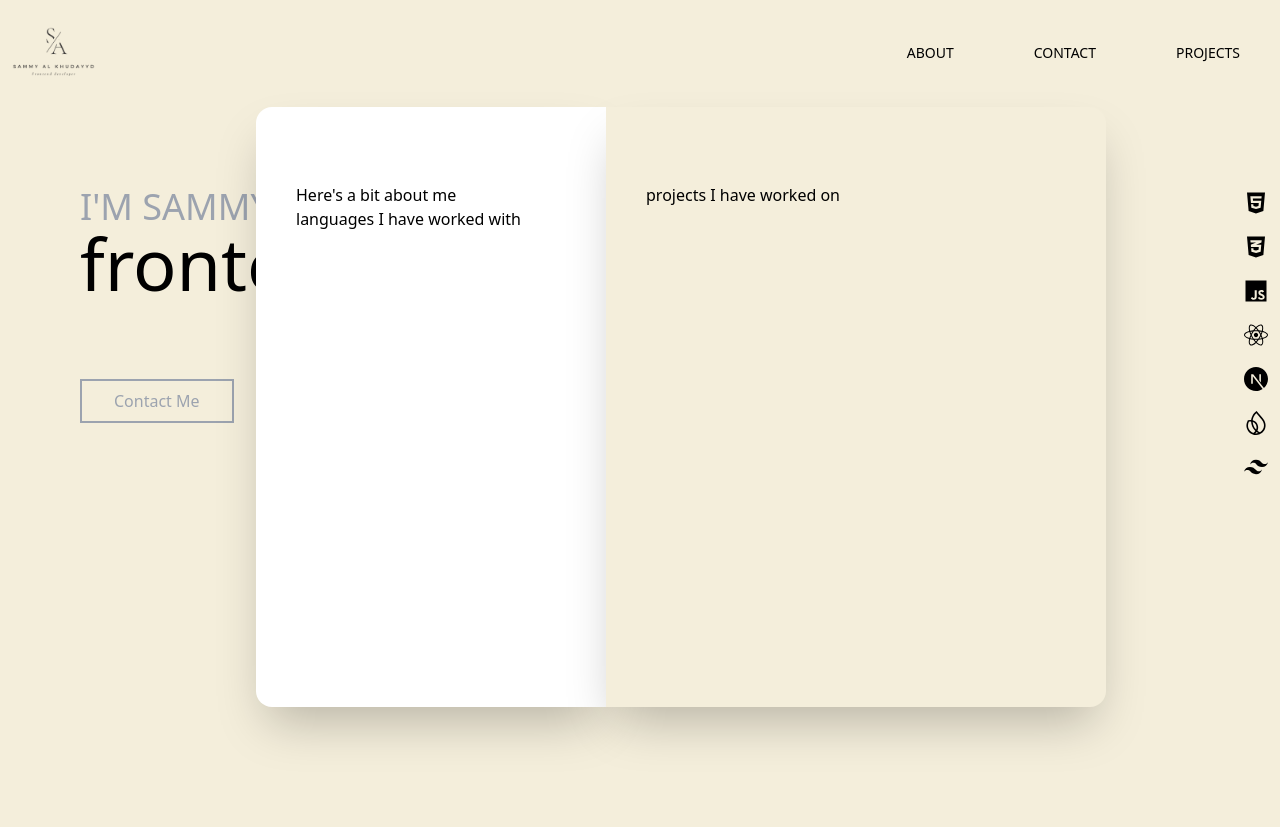
Repository: Al123Kudayyd/myportfolio
Page: /
These files come from the project's save history. The page is drawn as it stood at one moment and after the next save; the edit follows.
The browser window is 1280 px wide. The pictures show the whole page.
The project was rebuilt for these pictures with package versions that can differ from the ones it lists, and the page was loaded fresh each time. Also part of the build but not shown: src/components/model.js.

Above is the page before, as saved 2024-02-21 13:54:32.

After the next save:
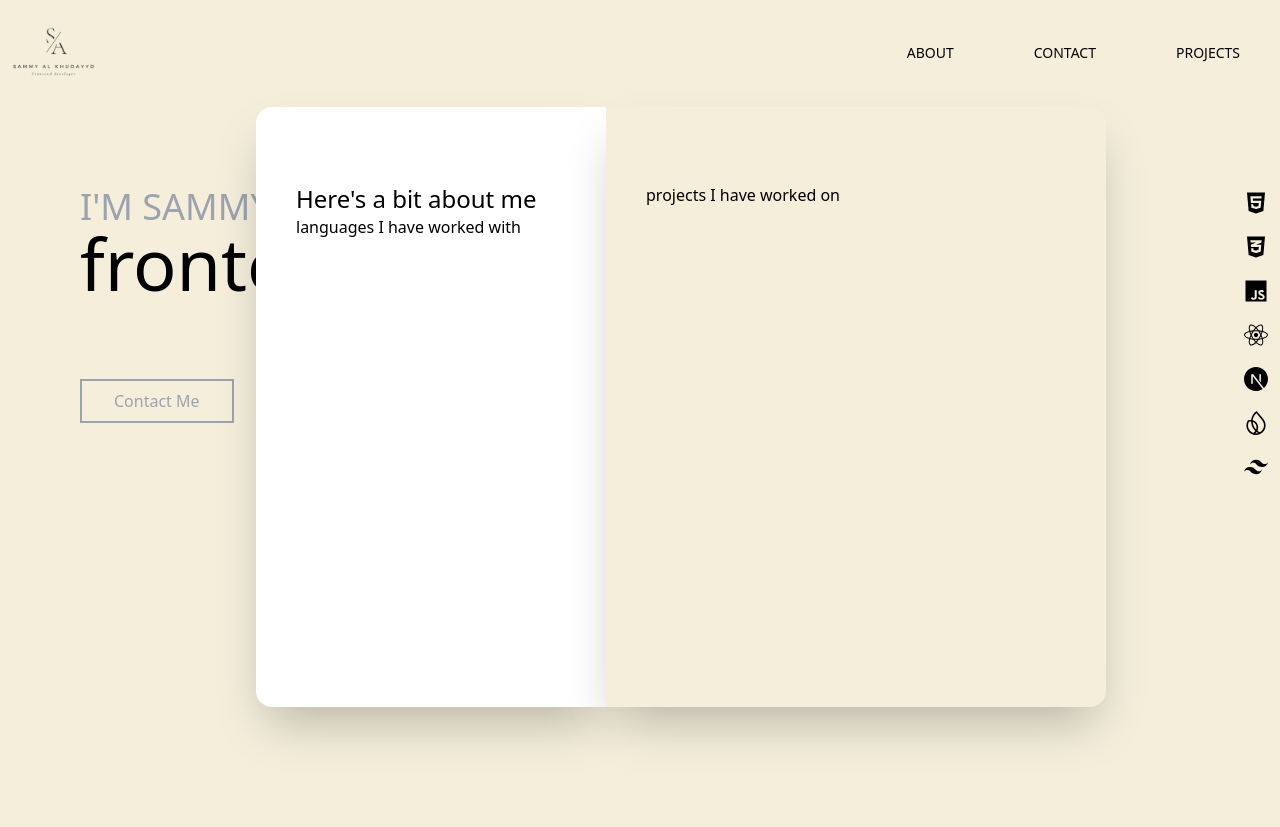
Saved 7 s later.
--- a/src/components/Projects.jsx
+++ b/src/components/Projects.jsx
@@ -6,7 +6,7 @@ function Projects() {
         <div className='flex justify-center items-center'>
             <div className='shadow-2xl bg-white w-[350px] h-[600px] rounded-l-2xl'>
                 <div className='px-[40px] py-[76px]'>
-                    <h1 className=''>Here's a bit about me</h1>
+                    <h1 className='text-2xl'>Here's a bit about me</h1>
                     <h3 className=''>languages I have worked with</h3>
                 </div>
 
